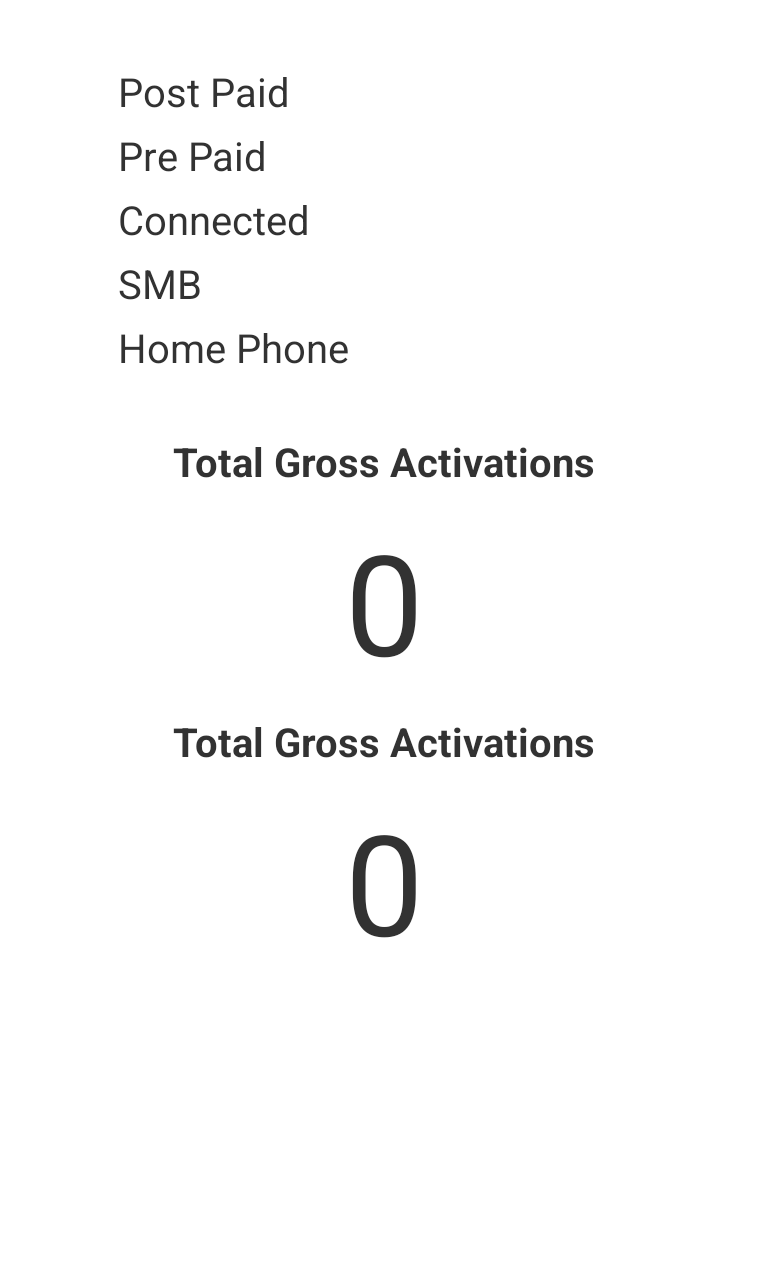
Repository: jemcphe/XCell
Layout: XCell/res/layout/data_adds.xml
The author's editor kept a copy of each file at every save. The layout is drawn from the files as they stood at one save, then again after the next save.
It is drawn on a 768 x 1280 px phone screen (xhdpi) without system bars, with theme Theme.Xcell; the app's code is not run.

Above is the layout before, as saved 2013-08-28 04:11:05.

After the next save:
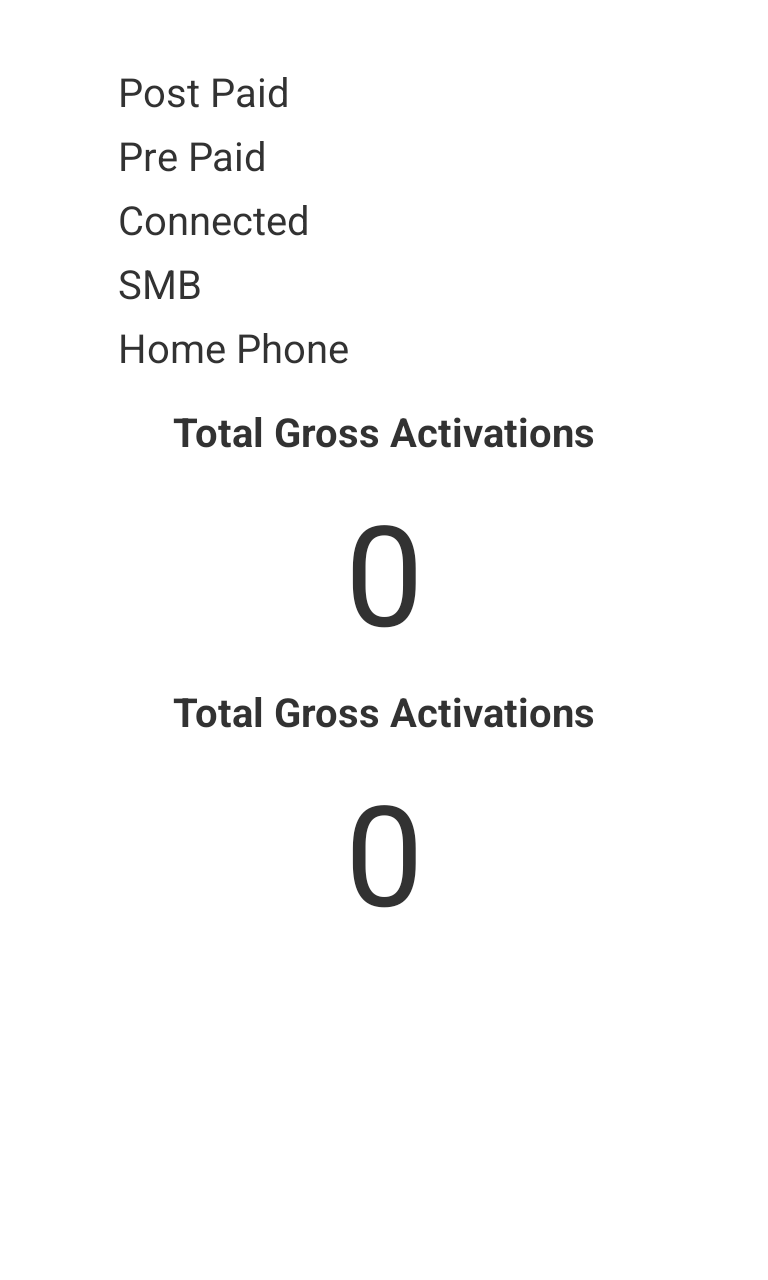
Saved 41 s later.
--- a/XCell/res/layout/data_adds.xml
+++ b/XCell/res/layout/data_adds.xml
@@ -89,7 +89,7 @@
         android:layout_height="wrap_content"
         android:layout_below="@+id/gridLayout1"
         android:layout_centerHorizontal="true"
-        android:layout_marginTop="25dp"
+        android:layout_marginTop="10dp"
         android:orientation="vertical" >
 
         <TextView
